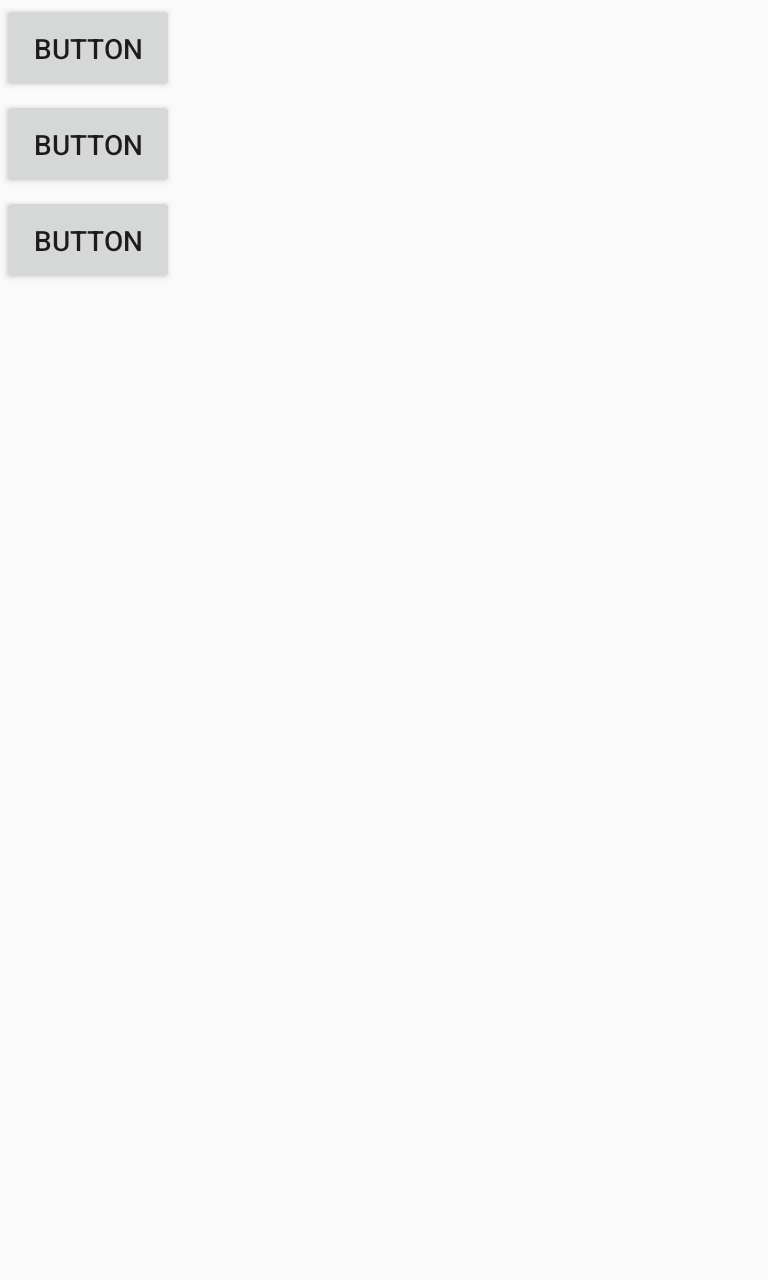
Repository: PaulAlfred/Android_Exercises
Layout: MoreLayouts/res/layout/divided_in_center_horizontal.xml
These files come from the project's save history. The layout is drawn as it stood at one moment and after the next save; the edit follows.
It is drawn on a 768 x 1280 px phone screen (xhdpi) without system bars, with theme AppTheme; the app's code is not run.

Above is the layout before, as saved 2014-10-24 08:24:00.

After the next save:
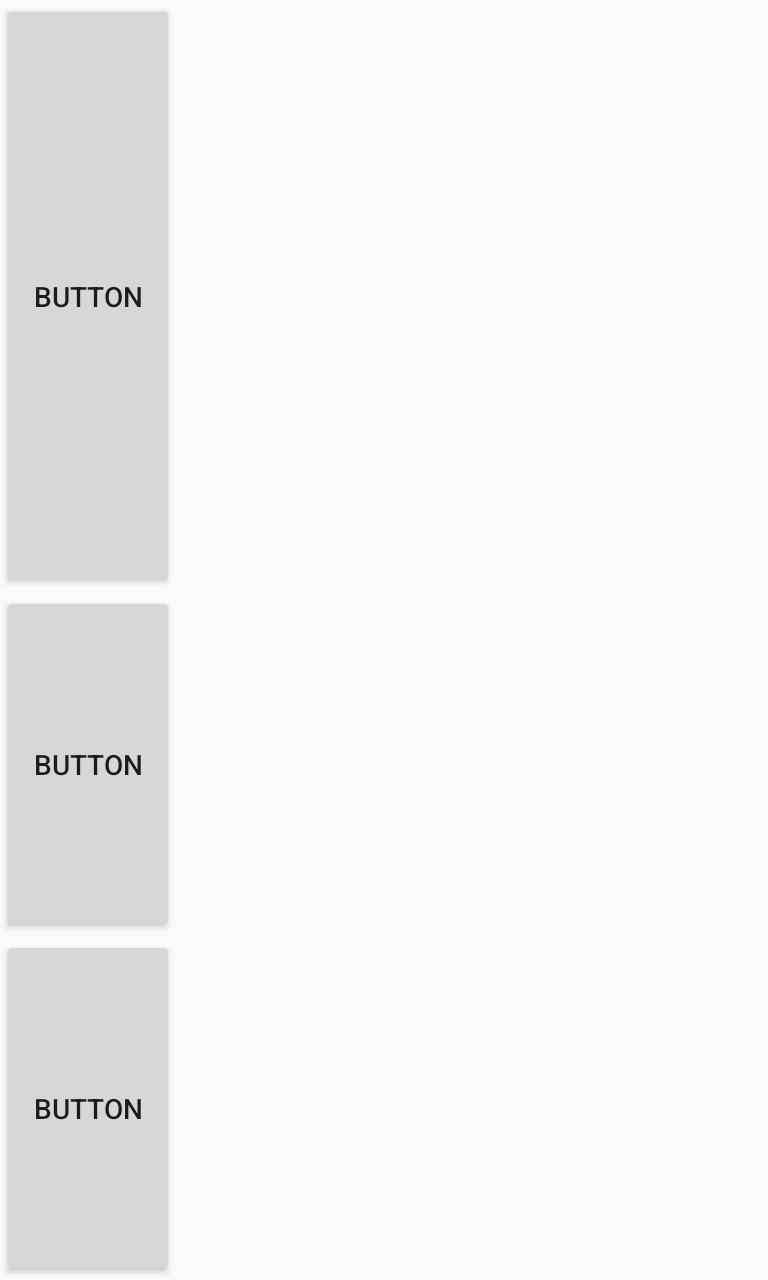
Saved 18 min 19 s later.
--- a/MoreLayouts/res/layout/divided_in_center_horizontal.xml
+++ b/MoreLayouts/res/layout/divided_in_center_horizontal.xml
@@ -13,18 +13,22 @@
             android:id="@+id/button1"
             android:layout_width="wrap_content"
             android:layout_height="wrap_content"
+            android:layout_gravity="top"
+            android:layout_weight="1"
             android:text="Button" />
 
         <Button
             android:id="@+id/button2"
             android:layout_width="wrap_content"
             android:layout_height="wrap_content"
+            android:layout_weight=".5"
             android:text="Button" />
 
         <Button
             android:id="@+id/button3"
             android:layout_width="wrap_content"
             android:layout_height="wrap_content"
+            android:layout_weight=".5"
             android:text="Button" />
 
     </LinearLayout>
